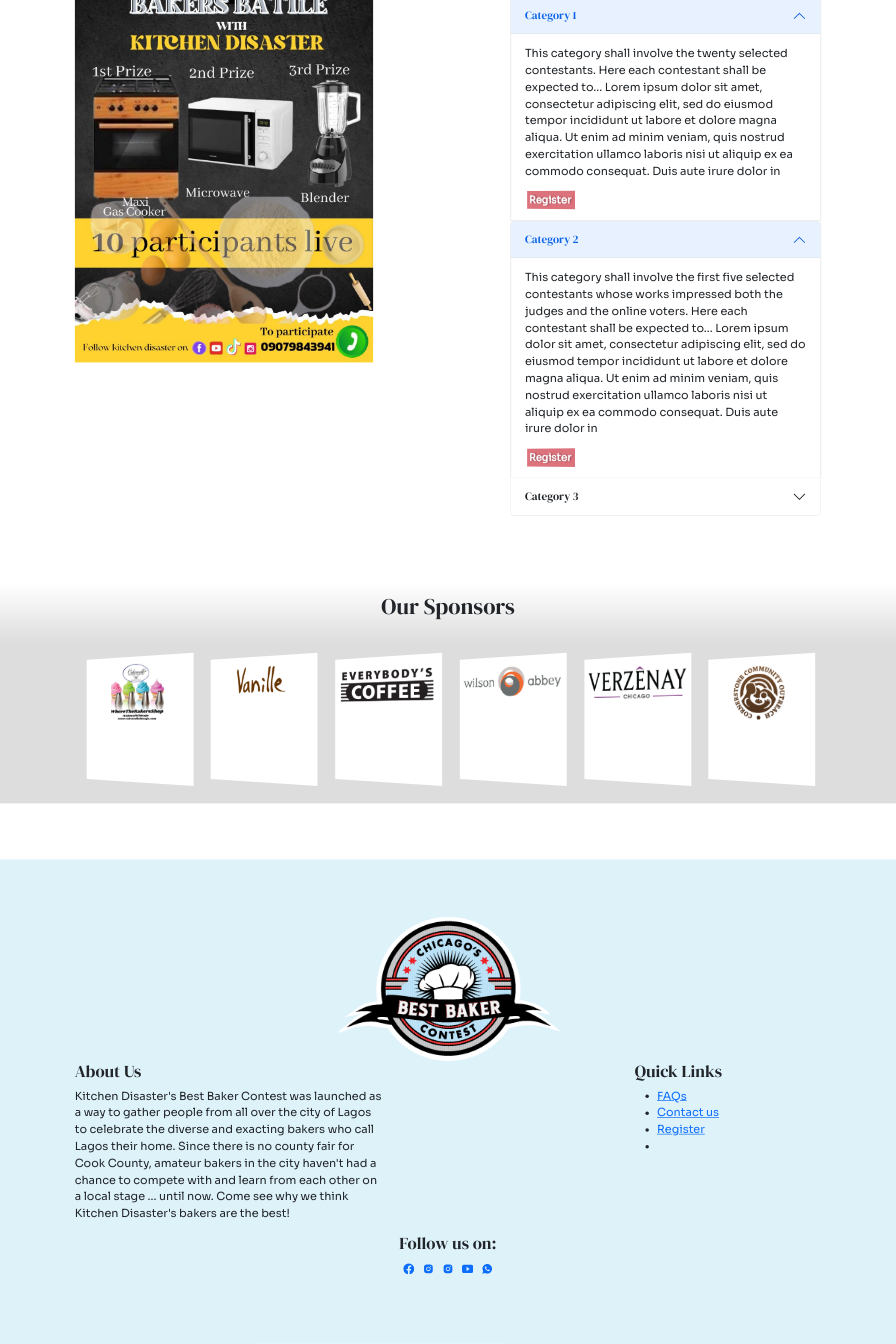
Repository: sarahnnanyelugo/bakers-battle
Page: /
The author's editor kept a copy of each file at every save. The page is drawn from the files as they stood at one save, then again after the next save.
The browser window is 1280 px wide. The pictures show the part of the page from y = 2194 to 4114 px (the page is 4114 px tall before and 4014 px after), at 70% of full size.
The project was rebuilt for these pictures with package versions that can differ from the ones it lists, and the page was loaded fresh each time. Also part of the build but not shown: src/components/ScreenSlide/slide.scss, src/components/ScreenSlide/ScreenSlide.js.

Above is the page before, as saved 2024-07-09 20:52:46.

After the next save:
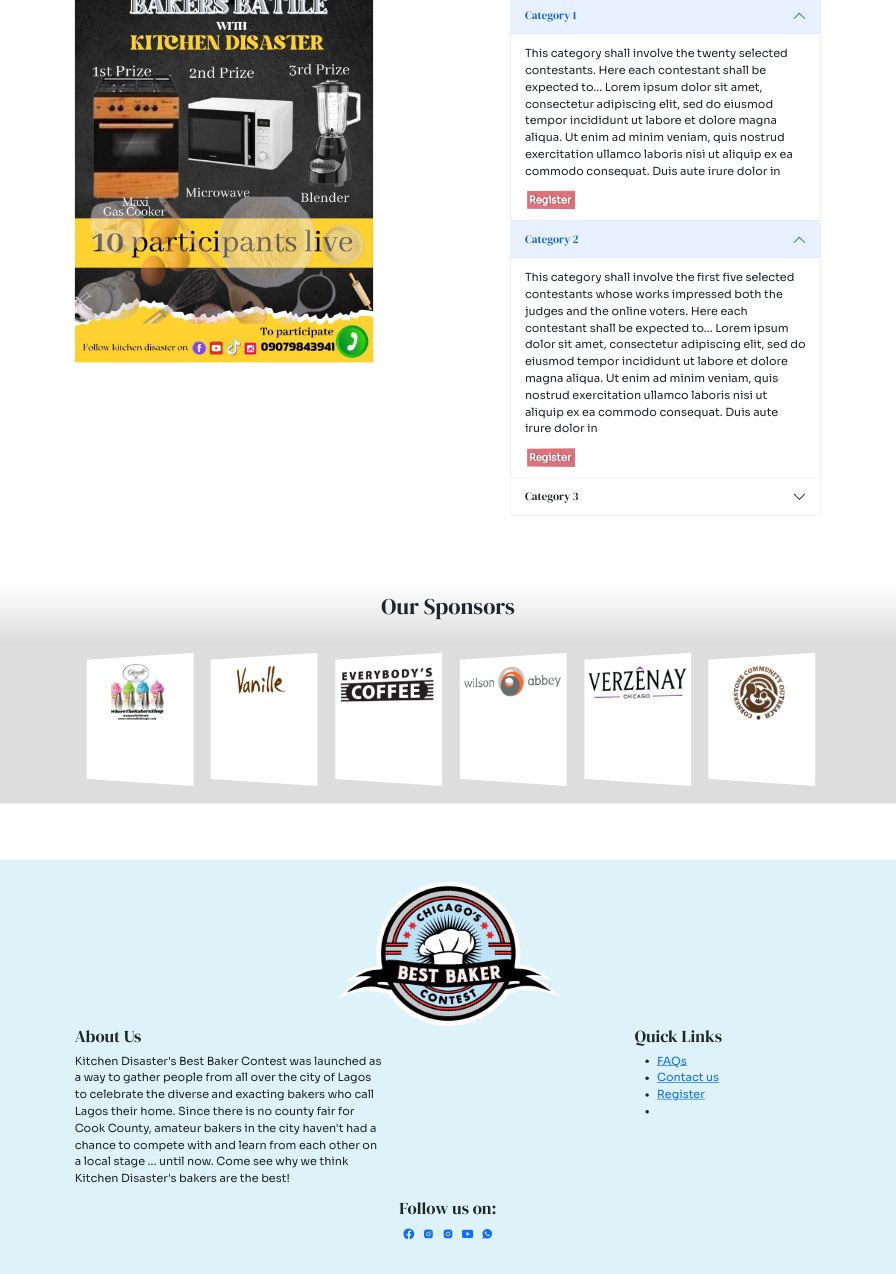
Saved 16 s later.
--- a/src/components/Footer/footer.scss
+++ b/src/components/Footer/footer.scss
@@ -1,6 +1,6 @@
 footer {
   background: #def2fa;
-  padding-top: 80px;
-  padding-bottom: 80px;
+  padding-top: 30px;
+  padding-bottom: 30px;
   margin-top: 80px;
 }
